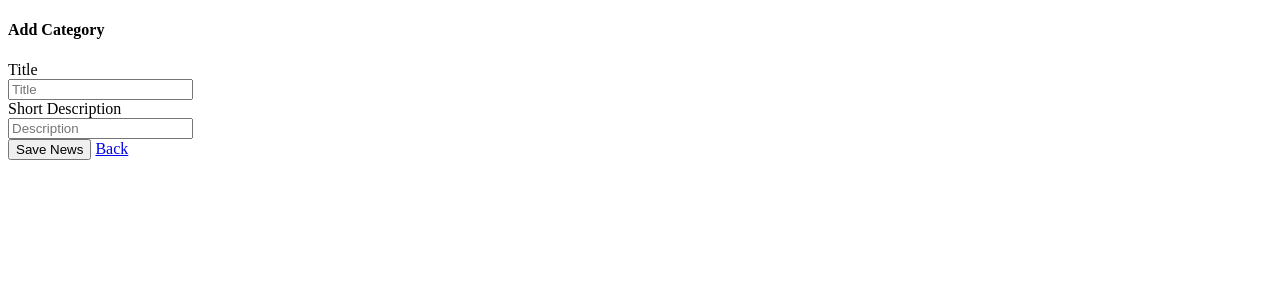
Repository: Hai1820/News
Page: http://localhost/Servlet-Basic/views/admin/category/list-add.jsp
These files come from the project's save history. The page is drawn as it stood at one moment and after the next save; the edit follows.
The browser window is 1280 px wide. The pictures show the whole page.
The page is served by Tomcat 9. Nobody is signed in. The application's start-up code is not run. Other server files are loaded and not shown.

Above is the page before, as saved 2021-07-17 08:46:41.

### Servlet-Basic/src/main/webapp/views/admin/category/list-add.jsp
<%@ page language="java" contentType="text/html; charset=UTF-8"
	pageEncoding="UTF-8"%>
<!DOCTYPE html>
<html>
<head>
<meta charset="UTF-8">
<title>Thêm mới thể loại</title>
</head>
<body>
	<div class="row bg-title">
		<div class="col-lg-3 col-md-4 col-sm-4 col-xs-12">
			<h4 class="page-title">Add Category</h4>
		</div>
	</div>
	<!-- /.row -->
	<!-- .row -->
	<div class="row">
		<div class="col-md-2 col-12"></div>
		<div class="col-md-8 col-xs-12">
			<div class="white-box">
				<form method="post"
					action="<%=request.getContextPath() + "/admin/category/add"%>"
					class="form-horizontal form-material">
					<input type="hidden" name="id" value=""
						class="form-control form-control-line">
					<div class="form-group">
						<label class="col-md-12">Title</label>
						<div class="col-md-12">
							<input value="" name="title" type="text" placeholder="Title"
								class="form-control form-control-line">
						</div>
					</div>
					<div class="form-group">
						<label class="col-md-12">Short Description</label>
						<div class="col-md-12">
							<input value="" name="shortdescription" type="text"
								placeholder="Description" class="form-control form-control-line">
						</div>
					</div>

					<div class="form-group">
						<div class="col-sm-12">
							<button type="submit" class="btn btn-success">Save News</button>
							<a href='<c:url value = "/admin/news/list"/>'
								class="btn btn-primary">Back</a>
						</div>
					</div>
				</form>
			</div>
		</div>
		<div class="col-md-2 col-12"></div>
	</div>
</body>
</html>

After the next save:
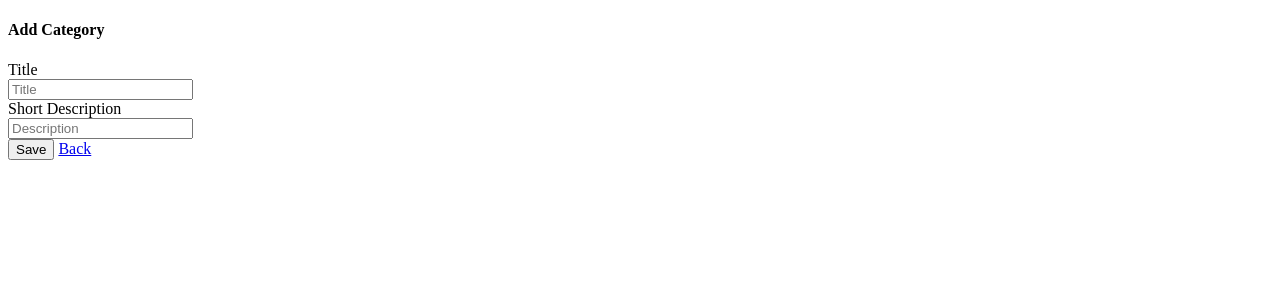
Saved 51 s later.
--- a/Servlet-Basic/src/main/webapp/views/admin/category/list-add.jsp
+++ b/Servlet-Basic/src/main/webapp/views/admin/category/list-add.jsp
@@ -40,7 +40,7 @@
 
 					<div class="form-group">
 						<div class="col-sm-12">
-							<button type="submit" class="btn btn-success">Save News</button>
+							<button type="submit" class="btn btn-success">Save </button>
 							<a href='<c:url value = "/admin/news/list"/>'
 								class="btn btn-primary">Back</a>
 						</div>
